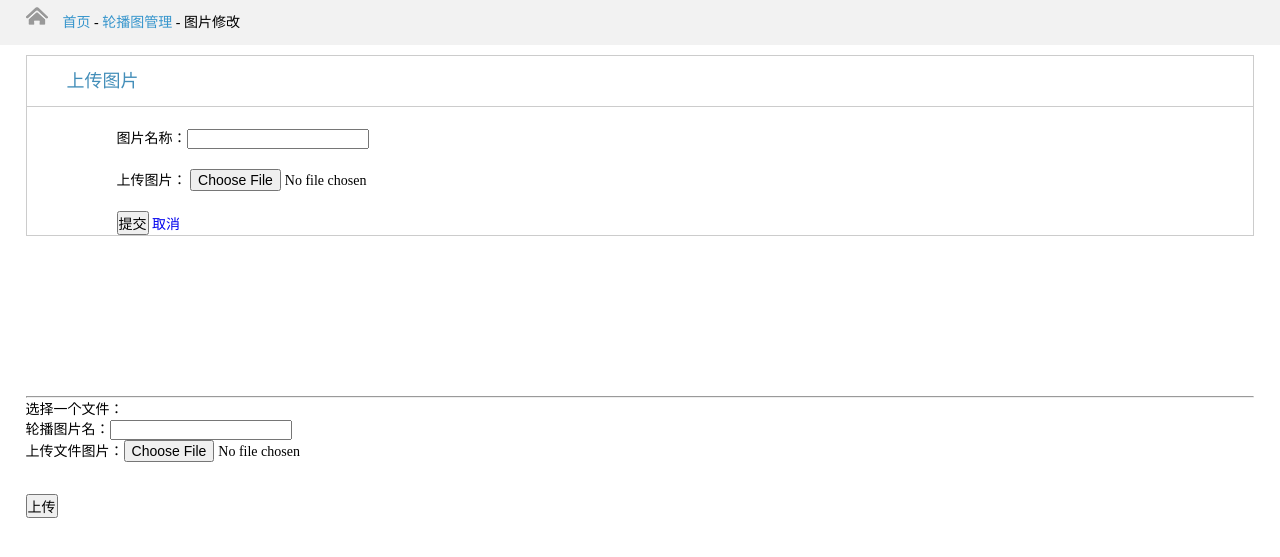
Repository: liaojingrui01/CarRepair
Page: http://localhost/CarWebPro/backstage/banneradd.jsp
The author's editor kept a copy of each file at every save. The page is drawn from the files as they stood at one save, then again after the next save.
The browser window is 1280 px wide. The pictures show the whole page.
The page is served by Tomcat 9. Other server files are loaded and not shown.

Above is the page before, as saved 2019-07-01 03:27:03.

### CarWebPro/WebContent/backstage/banneradd.jsp
<%@ page language="java" contentType="text/html; charset=utf-8"
    pageEncoding="utf-8"%>
<!DOCTYPE html PUBLIC "-//W3C//DTD XHTML 1.0 Transitional//EN" "http://www.w3.org/TR/xhtml1/DTD/xhtml1-transitional.dtd">
<html xmlns="http://www.w3.org/1999/xhtml">
<head>
<meta http-equiv="Content-Type" content="text/html; charset=utf-8" />
<title>轮播图</title>
<link rel="stylesheet" type="text/css" href="./css/css.css" />
<script type="text/javascript" src="./js/jquery.min.js"></script>
</head>
<body>
	<div id="pageAll">
		<div class="pageTop">
			<div class="page">
				<img src="./img/coin02.png" /><span><a href="./#">首页</a>&nbsp;-&nbsp;<a
					href="./#">轮播图管理</a>&nbsp;-</span>&nbsp;图片修改
			</div>
		</div>
		<div class="page " >
			<!-- 上传广告页面样式 -->
			<div class="banneradd bor">
				<div class="baTop">
					<span>上传图片</span>
				</div>
				<form action="${pageContext.request.contextPath }/UpFileServlet?op=saveImg" method="post"  enctype="multipart/form-data" >
				<div class="baBody" >
					<div class="bbD">
						图片名称：<input type="text" name="bannerName">
					</div>
					<div class="bbD">
						上传图片：
						<input type="file" name="bannerImg">
						<!-- <div class="bbDd">
							<div class="bbDImg">+</div>
						</div> -->
					</div>
					<div class="bbD">

							<button type="submit" class="btn_ok btn_yes">提交</button>
							<a class="btn_ok btn_no" href="./#">取消</a>
						<p class="bbDP"></p>
					</div>
				</div>
				</form>
			</div>

			<hr/>
			<form method="post" action="${pageContext.request.contextPath }/UpFileServlet?op=saveImg" enctype="multipart/form-data">
				选择一个文件：<br> 轮播图片名：<input type="text" name="bannerName"><br>
				上传文件图片：<input type="file" name="bannerImg"><br>
				<br><br>
				<input type="submit" value="上传">
			</form>

			<!-- 上传广告页面样式end -->
		</div>
	</div>
</body>
</html>

### CarWebPro/WebContent/backstage/css/css.css
@charset "utf-8";

* {
	padding: 0;
	margin: 0;
	font-family: "Microsoft YaHei";
	font-size: 14px;
}
#hides{display: none;}
a {
	text-decoration: none;
}

li {
	list-style-type: none;
}

/*全局定义css*/
#pageAll {
	width: 100%;
	overflow: hidden;
}

#pageAll .page {
	width: 96%;
	margin: 0px auto;
}

.pageTop {
	width: 100%;
	height: 45px;
	line-height: 45px;
	background-color: #f2f2f2;
}

.pageTop span {
	margin-left: 15px;
}

.pageTop a {
	color: #3695cc;
}

/*表格和 分页公共CSS*/
table {
	border-collapse: collapse;
}

tr {

}

td {
	text-align: center;
	border: 1px solid #dcdbdb;
}

.tdColor {
	height: 40px;
	background-color: #f2f2f2;
	color: #438eb9;
}

.tdC {
	color: #333;
}

.paging {
	width: 100%;
	margin-top: 50px;
	margin-bottom: 90px;
	text-align: right;
}
/*表格和 分页公共CSS end*/

/*广告页面CSS*/
.banner {

}

.banner .add {
	width: 100%;
	height: 120px;
}

.addA {
	display: inline-block;
	width: 160px;
	height: 35px;
	background-color: #47a4e1;
	line-height: 35px;
	text-align: center;
	color: #fff;
	margin-top: 40px;
	margin-left: 40px;
	font-size: 16px;
}
.hbHides1{display: none;}
.banner .banShow {

}

.banner .banShow .bsImg {
	margin-top: 15px;
	margin-bottom: 15px;
	width: 185px;
	height: 90px;
	overflow: hidden;
	margin-left: 66px;
}

.banner .banShow .bsImg img {
	max-width: 100%;
	max-height: 100%;
}

.banner .banShow .bsA {
	color: #333;
}

.operation {
	margin-left: 5px;
	margin-right: 5px;
	cursor: pointer;
}

.banDel {
	width: 100%;
	height: 100%;
	background-color: rgba(0, 0, 0, 0.29);
	position: fixed;
	top: 0px;
	display: none;
}

.cutMoney {
	width: 100%;
	height: 100%;
	background-color: rgba(0, 0, 0, 0.29);
	position: fixed;
	top: 0px;
	display: none;
}

.delete {
	width: 460px;
	margin: auto;
	background-color: #fff;
	text-align: center;
	position: relative;
	top: 20%;
}

.delete .close {
	height: 30px;
	text-align: right;
}

.delete .close img {
	margin-right: 5px;
	margin-top: 5px;
	cursor: pointer;
}

.banDel .delete .delP1 {
	margin-top: 40px;
	font-size: 20px;
}

.banDel .delete .delP2 {

}

.banDel .delete .delP2 .ok {
	display: inline-block;
	width: 100px;
	height: 40px;
	line-height: 40px;
	background-color: #3695cc;
	color: #fff;
	margin-top: 65px;
	margin-left: 25px;
	margin-right: 25px;
	font-size: 16px;
	cursor: pointer;
	margin-bottom: 65px;
}

.banDel .delete .delP2 .yes {
	color: #333;
	background-color: #fff;
	border: 1px solid #3695cc;
}

.banDel .delete .delP2 .no {

}
/*广告页面CSS end*/

/*广告上传编辑页面CSS*/
.bor {
	border: 1px solid #ccc;
}

.banneradd {
	margin-bottom: 160px;
	margin-top: 10px;
}

.baTopNo {
	width: 100%;
	border: none;
}

.baTopNo span {
	height: 50px;
	line-height: 50px;
	margin-left: 40px;
	font-size: 18px;
	color: #438eb9;
}

.baTop {
	width: 100%;
	border-bottom: 1px solid #ccc;
}

.baTop span {
	height: 50px;
	line-height: 50px;
	margin-left: 40px;
	font-size: 18px;
	color: #438eb9;
}

.baBody {
	margin-top: 20px;
	margin-left: 90px;
}

.bbD {
	margin-top: 20px;
}

.bbD .bbDP {

}

.bbD .bbDP .btn_ok {
	display: inline-block;
	width: 100px;
	height: 40px;
	line-height: 40px;
	background-color: #3695cc;
	color: #fff;
	margin-top: 50px;
	margin-right: 25px;
	font-size: 16px;
	cursor: pointer;
	text-align: center;
	margin-bottom: 160px;
	border: none;
}

.bbD .bbDP .btn_no {
	color: #333;
	background-color: #fff;
	border: 1px solid #3695cc;
}

.bbD .bbDP .btn_yes {
	margin-left: 66px;
}

.bbD .bbDd {
	width: 280px;
	height: 210px;
}
.bbD .selCss{
	width: 300px;
    height: 40px;
    border: 1px solid #ccc;
    text-indent: 15px;
}

.bbD .input1 {
	width: 300px;
	height: 40px;
	border: 1px solid #ccc;
	text-indent: 15px;
}

.bbD .input2 {
	width: 100px;
	height: 40px;
	border: 1px solid #ccc;
}

.bbD .input3 {
	width: 240px;
	height: 40px;
	border: 1px solid #ccc;
	text-indent: 15px;
	margin-left: 10px;
}
.bbD .UPimgD{width: 155px;height: 175px;position: relative;left: 83px;top: -20px;}
.bbD .UPimgD img.img{width: 100%;}
.bbD .UPimgD .FileD{width: 155px;height: 175px;overflow: hidden;position: absolute;top: 0px;}
.bbD .UPimgD .FileD .addFile{width: 100%;height: 100%;opacity: 0;filter: Alpha(Opacity=0);}
.bbD .bbDImg {
	width: 160px;
	height: 180px;
	background-color: #c6c6c6;
	text-align: center;
	line-height: 180px;
	font-size: 55px;
	color: #fff;
	margin-left: 72px;
	margin-top: -16px;
}

.bbD .bbDImg .Img1 {
	width: 160px;
	height: 180px;
	margin-top: -180px;
}

.bbD .file {
	width: 160px;
	height: 180px;
	position: relative;
	top: -180px;
	left: 45px;
	opacity: 0;
	filter: alpha(opacity = 0);
}

.bbD .bbDDel {
	float: right;
	margin-top: -20px;
	color: #ff0000;
}

.bbD label {
	margin-left: 15px;
	margin-right: 15px;
}

/*广告上传编辑页面CSS*/

/*意见管理页面CSS*/
.opinion {

}

.opinion .opShow {
	margin-top: 40px;
	margin-bottom: 95px;
}
/*意见管理页面CSS end*/

/*行家管理页面CSS*/
.connoisseur {

}

.conShow {
	margin-top: 30px;
}

.onsImg {
	width: 75px;
	height: 75px;
	margin-top: 25px;
	margin-left: 46px;
	overflow: hidden;
	margin-bottom: 25px;
}

.onsImg img {
	max-width: 100%;
	max-height: 100%;
}

.cfD {
	margin-top: 15px;
}

.cfD select {
	width: 200px;
	height: 30px;
	border: 1px solid #ccc;
	margin-left: 15px;
	margin-right: 45px;
	color: #999;
	text-indent: 15px;
}

.cfD .bselect {
	width: 140px;
}

.cfD label {
	margin-left: 20px;
}

.cfD .lar {
	margin-right: 45px;
}

.cfD .addUser {
	width: 220px;
	height: 30px;
	border: 1px solid #ccc;
	text-indent: 15px;
}

.cfD .button {
	margin-left: 10px;
	width: 135px;
	height: 30px;
	border: none;
	font-size: 16px;
	color: #fff;
	background-color: #47a4e1;
}

.cfD .addA1 {
	margin-top: 10px;
	margin-left: 120px;
}
/*行家管理页面CSS end*/

/*会员管理页面CSS*/
.vip {

}

.cfD .vpr {
	margin-right: 45px;
}

.cfD .vinput {
	width: 150px;
	height: 30px;
	border: 1px solid #ccc;
	text-indent: 15px;
}

.cfD .addA2 {
	margin-left: 30px;
}

.onsImgv {
	margin-left: 90px;
	margin-top: 25px;
}

.vip .vipinput {
	width: 55px;
	height: 25px;
	border: 1px solid #ccc;
	margin: 0px 10px;
}

.vip .vsAdd {
	display: inline-block;
	width: 50px;
	height: 25px;
	background-color: #2a9cdd;
	line-height: 25px;
	color: #fff;
	cursor: pointer;
	text-align: center;
}

.vip .vsAdd2 {
	background-color: white;
	color: #2a9cdd;
	border: 1px solid #2a9cdd;
	height: 23px;
	line-height: 23px;
	margin-left: 10px;
}

.bbD .vipHead {
	width: 75px;
	height: 75px;
	overflow: hidden;
	margin-top: -15px;
	margin-left: 82px;
}

.bbD .vipHead img {
	max-width: 100%;
	max-height: 100%;
}

.bbD .vipHead .vipP {
	position: relative;
	top: -17px;
	width: 100%;
	height: 15px;
	background-color: rgba(0, 0, 0, 0.25);
	color: #fff;
	text-align: center;
}

.bbD .vipHead .file1 {
	position: relative;
	top: -32px;
	width: 100%;
	height: 15px;
	background-color: rgba(0, 0, 0, 0.25);
	color: #fff;
	text-align: center;
	opacity: 0;
	filter: alpha(opacity = 0);
}

.bbD .vipHead1 {
	width: 75px;
	height: 75px;
	overflow: hidden;
	margin-top: -15px;
	margin-left: 105px;
}
.bbD .ptH{height: 40px;}

.bbD .btext2 {
	margin-top: -15px;
	margin-left: 105px;
}

.bbD .text2 {
	max-width: 670px;
	min-width: 670px;
	max-height: 120px;
	min-height: 120px;
	color: #333;
	text-indent: 15px;
}

.bbD .btext {
	margin-top: -15px;
	margin-left: 82px;
}
.bbD .text5{width: 540px;height: 110px;}

.bbD .bsp2{
    position: relative;
    top: -90px;
}
.bbD .bewm{
	width: 240px;
    height: 240px;
    border: 3px solid #807e7e;
    position: relative;
    top: -10px;
    left: 85px;
}

.bbD .bewm img{
	max-width: 100%;
}

.bbD .btext .text1 {
	max-width: 670px;
	min-width: 670px;
	max-height: 240px;
	min-height: 240px;
	color: #333;
	text-indent: 15px;
}

/*会员管理页面CSS end*/
.cfD .timeInput {
	width: 170px;
	height: 30px;
	border: 1px solid #ccc;
	text-indent: 15px;
}

/*话题管理页面CSS*/
.topic {

}

.topicP {
	margin-top: -5px;
	margin-bottom: 15px;
}

.topic .topicP .topicImg {
	margin-left: 10px;
}
/*话题管理页面CSS end*/

/*心愿管理页面 、约见管理页面CSS*/
.wishShow {
	margin-top: 30px;
}

.wishShow .wishImgv {
	margin-left: 60px;
}

.onsInmA {
	margin-left: 100px;
}

.tpapA {
	color: #333;
}

#inputSTWish {
	width: 100px;
}
/*心愿管理页面CSS、、约见管理页面CSS end*/
.cfD .userinput {
	width: 220px;
	height: 40px;
	border: 1px solid #ccc;
	text-indent: 15px;
	color: #999;
}

.cfD .userbtn {
	margin-left: 60px;
	width: 135px;
	height: 40px;
	border: none;
	font-size: 16px;
	color: #fff;
	background-color: #47a4e1;
}

/*修改密码*/
.bacen {
	margin: auto;
	width: 400px;
	margin-top: 60px;
}

.imga {
	display: none;
}

.imgb {
	display: none;
}

/*新增加弹出框样式    增加金额和减少金额   hy*/
/*.addMoney{}
.addMoney .addDivs{}
.addMoney .addDivs .addDimg{}
.addMoney .addDivs .addDimg{}*/
.addDivs .addDimg img.user {
	width: 100px;
	margin-top: 50px;
}

.addDivs .addDName {
	font-size: 16px;
	margin-top: 15px;
	color: #333;
}

.addDivs .addDps {
	margin-top: 20px;
	color: #666;
}

.addDivs .addDps input {
	height: 30px;
	border: 1px solid #ccc;
	text-indent: 10px;
}

.addDivs .addDps .come1 {
	width: 155px;
	height: 30px;
	margin-left: -5px;
	border: 1px solid #ccc;
	text-indent: 10px;
	color: #666;
}

.addDivs .addDps .come2 {
	width: 155px;
	height: 30px;
	margin-left: -5px;
	border: 1px solid #ccc;
	text-indent: 10px;
	color: #666;
}

.addDivs .addDps .area {
	border: 1px solid #ccc;
	text-indent: 10px;
	margin-left: 4px;
	width: 155px;
	min-width: 155px;
	max-width: 155px;
	height: 60px;
	min-height: 60px;
	max-height: 60px;
}

.addDivs .addDps .spanVIPs {
	position: relative;
	top: -44px;
	left: 5px;
}

.banDel .delete .delP2 .moneyAdd1 {
	background-color: #3695cc;
	color: white;
}

.banDel .delete .delP2 .moneyAdd2 {
	background-color: white;
	color: #3695cc;
	border: 1px solid #3695cc;
	height: 38px;
	line-height: 40px;
}

/*新样式修复***添加话题*/
.addHTs {
	display: inline-block;
	width: 40px;
	height: 18px;
	line-height: 18px;
	background-color: #47a4e1;
	color: white;
	padding: 4px;
	position: relative;
	top: -5px;
}


/*11.25   新地址选择页面CSS   公共样式   hy*/
.ctAlert{display: none;width: 100%;height: 100%;position: fixed;top: 0px;background-color: rgba(0, 0, 0, 0.4);}
.citys{width: 90%;margin: 0px auto;background-color: white;  margin-top: 50px;padding-bottom: 20px;}
.citys .getCtys{min-height: 50px;padding-top: 50px;padding-left: 40px;float: left;font-size: 16px;  color: #666;  width: 80%;}
.citys .closeCys{min-height: 50px;float: right;width: 120px;height: 40px;background-color: #3695cc;line-height: 50px;text-align: center;position:relative;top: 50px;right: 100px;color: white;font-size: 16px;cursor: pointer;}
.citys .cityDiv{clear: both;width: 90%;margin: 0px auto;  margin-bottom: 30px;}
.citys .cityDiv .cts{display: inline-block;width: 20px;height: 20px;font-size: 18px;color: #3695cc;}
.citys .cityDiv .ctn{display: inline-block;font-size: 16px;padding-left: 5px;padding-right: 5px;padding-bottom: 3px;cursor: pointer;color: #666;}
.citys .cityDiv .ctn:hover{color: white;background-color:#3695cc;}
/*添加进来的DIV*/
.citys .getCtys .ctn{display: inline-block;padding-left: 5px;padding-right: 5px;color: #3695cc;font-size: 16px;cursor: pointer;}
/*11.25   新地址选择页面CSS   公共样式   hy    end  */

Loaded but not shown: CarWebPro/WebContent/backstage/js/jquery.min.js (library)

After the next save:
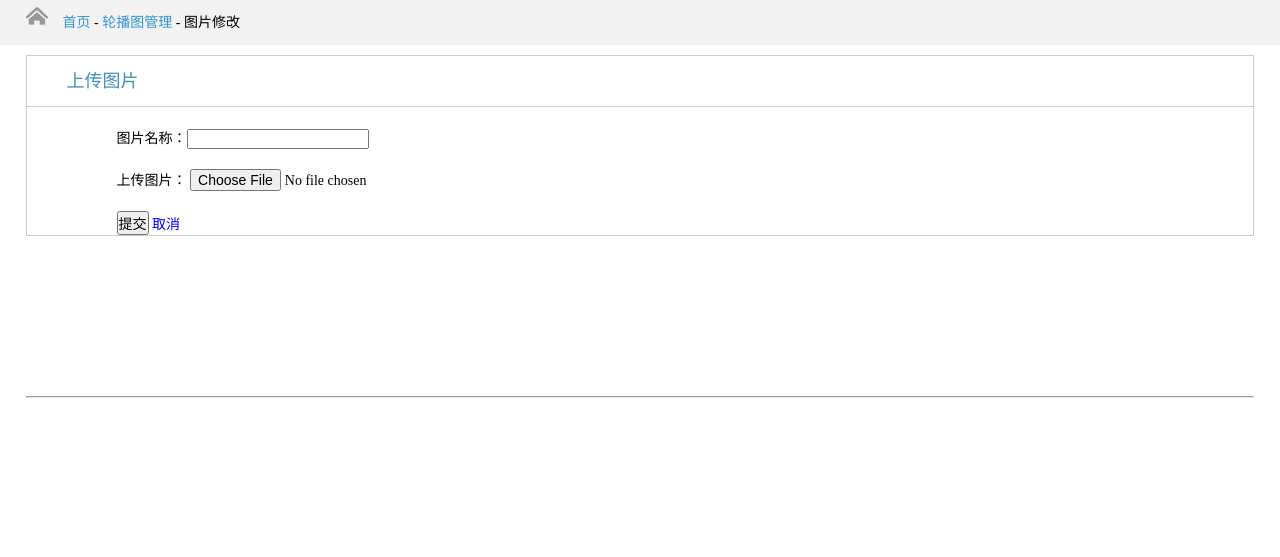
Saved 96 s later.
--- a/CarWebPro/WebContent/backstage/banneradd.jsp
+++ b/CarWebPro/WebContent/backstage/banneradd.jsp
@@ -45,12 +45,7 @@
 			</div>
 
 			<hr/>
-			<form method="post" action="${pageContext.request.contextPath }/UpFileServlet?op=saveImg" enctype="multipart/form-data">
-				选择一个文件：<br> 轮播图片名：<input type="text" name="bannerName"><br>
-				上传文件图片：<input type="file" name="bannerImg"><br>
-				<br><br>
-				<input type="submit" value="上传">
-			</form>
+
 
 			<!-- 上传广告页面样式end -->
 		</div>
